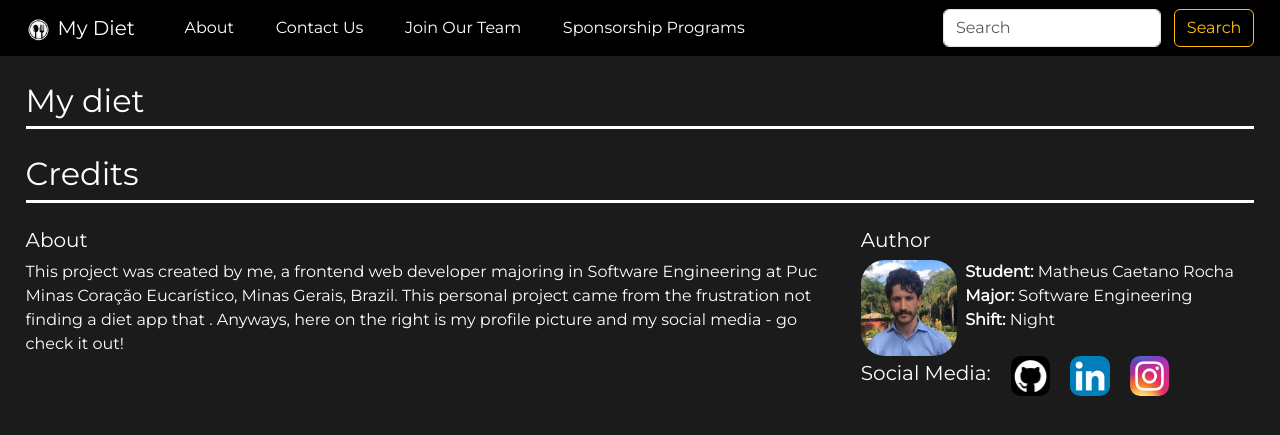
Repository: matheusrocha-mus/diet-app
Page: index.html
The author's editor kept a copy of each file at every save. The page is drawn from the files as they stood at one save, then again after the next save.
The browser window is 1280 px wide. The pictures show the whole page.

Above is the page before, as saved 2023-10-15 22:09:31.

### index.html
<!DOCTYPE html>
<html lang="pt-br">

    <head>
        <meta charset="UTF-8">
        <meta name="viewport" content="width=device-width, initial-scale=1.0">
        <meta name="description" content="Personal Diet">
        <meta name="author" content="Matheus Caetano Rocha">
        <link rel="stylesheet" href="https://fonts.googleapis.com/css?family=Montserrat">
        <link rel="icon" type="image/x-icon" href="assets/img/food-icon.png">
        <link href="https://cdn.jsdelivr.net/npm/bootstrap@5.3.2/dist/css/bootstrap.min.css" rel="stylesheet" integrity="sha384-T3c6CoIi6uLrA9TneNEoa7RxnatzjcDSCmG1MXxSR1GAsXEV/Dwwykc2MPK8M2HN" crossorigin="anonymous">
        <script src="https://cdn.jsdelivr.net/npm/bootstrap@5.3.2/dist/js/bootstrap.bundle.min.js" integrity="sha384-C6RzsynM9kWDrMNeT87bh95OGNyZPhcTNXj1NW7RuBCsyN/o0jlpcV8Qyq46cDfL" crossorigin="anonymous"></script>
        <link rel="stylesheet" type="text/css" href="style.css">
        <title>My Diet</title>
    </head>

    <body>
        <nav class="navbar navbar-expand-lg">
            <div class="container-fluid">
                <a class="navbar-brand" style="color: white;" href="/index.html">
                    <img src="img/food-icon.png" alt="g-clef">My Diet
                </a>
                <button class="navbar-toggler" type="button" data-bs-toggle="collapse" data-bs-target="#navbarTogglerDemo02" aria-controls="navbarTogglerDemo02" aria-expanded="false" aria-label="Toggle navigation">
                    <span class="navbar-toggler-icon"></span>
                </button>
                <div class="collapse navbar-collapse" id="navbarTogglerDemo02">
                    <ul class="navbar-nav me-auto">
                        <li class="nav-item">
                            <a class="nav-link active" style="color: white;" aria-current="page" href="./assets/img/shrek.png" target="_blank">About</a>
                        </li>
                        <li class="nav-item">
                            <a class="nav-link active" style="color: white;" aria-current="page" href="./assets/img/shrek.png" target="_blank">Contact Us</a>
                        </li>
                        <li class="nav-item">
                            <a class="nav-link active" style="color: white;" aria-current="page" href="./assets/img/shrek.png" target="_blank">Join Our Team</a>
                        </li>
                        <li class="nav-item">
                            <a class="nav-link active" style="color: white;" aria-current="page" href="./assets/img/shrek.png" target="_blank">Sponsorship Programs</a>
                        </li>
                    </ul>
                    <form class="d-flex">
                        <input class="form-control" type="search" placeholder="Search" aria-label="Search">
                        <button class="btn btn-outline-warning" type="submit" style="margin: 0 2vw 0 1vw;">Search</button>
                    </form>
                </div>
            </div>
        </nav>

        <h2>My diet</h2>


        <h2>Credits</h2>
        <footer class="wrapper" style="padding-bottom: 2vw;">
            <div class="container-fluid">
                <div class="row">
                    <div id="about" class="col-sm-12 col-md-6 col-lg-8">
                        <h5>About</h5>
                        <p>This project was created by me, a frontend web developer majoring in Software Engineering at Puc Minas Coração Eucarístico, Minas Gerais, Brazil. This personal project came from the frustration not finding a diet app that . Anyways, here on the right is my profile picture and my social media - go check it out!</p>
                    </div>
                    <div class="col-sm-12 col-md-6 col-lg-4">
                        <h5>Author</h5>
                        <div class="container-fluid">
                            <div class="row">
                                <div class="col-3">
                                    <img src="img/author.jpg" id="author" alt="author">
                                </div>
                                <div class="col-9">
                                    <p>
                                        <strong>Student:</strong> Matheus Caetano Rocha<br>
                                        <strong>Major:</strong> Software Engineering<br>
                                        <strong>Shift:</strong> Night
                                    </p>
                                </div>
                            </div>
                        </div>
                        <h5 style="display: inline-block;">Social Media:</h5>
                        <a href="https://github.com/matheusrocha-mus" target="_blank"><img src="img/github-icon.png" class="social-media-icons" alt="github-icon"></a>
                        <a href="https://www.linkedin.com/in/matheus-caetanorocha" target="_blank"><img src="img/linkedin-icon.png" class="social-media-icons" alt="linkedin-icon"></a>
                        <a href="https://www.instagram.com/matheusrocha_mus" target="_blank"><img src="img/instagram-icon.png" class="social-media-icons" alt="instagram-icon"></a>
                    </div>
                </div>
            </div>
        </footer>
    </body>

### style.css
body {
    margin: 0;
    width: 100%;
    background-color: #1b1b1b;
    color: white;
    background-size: cover;
    background-repeat: no-repeat;
    background-position: center;
    font-family: "Montserrat", Arial;
}

button, li, a, .card, footer a > img { transition: 0.3s; }

button:hover, li:hover, a:hover, .card:hover, footer a > img:hover {
    transform: scale(1.1); color: #ffc107;
}




nav {
    background-color: black;
    color: white;
}

nav img {
    width: 2vw; margin-right: 0.5vw;
}

.navbar-brand, .nav-item { margin-left: 2vw }

h2 {
    margin: 2vw;
    padding-bottom: 0.5vw;
    border-bottom: solid white 0.25vw;
}

.container-fluid, #location { padding: 0; }

.wrapper, .google-maps { margin: 0 2vw; }

#author {
    width: 6rem;
    height: 6rem;
    border-radius: 25%;
    overflow: hidden;
    object-fit: cover;
}

.social-media-icons {
    width: 10%;
    max-width: 3rem;
    margin-left: 1rem;
    border-radius: 25%;
}

After the next save:
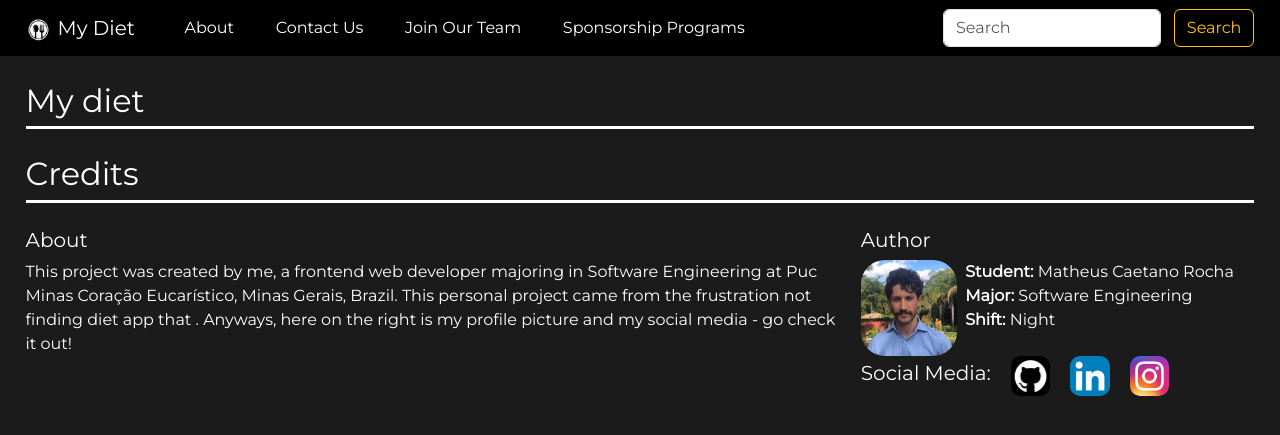
Saved 13 s later.
--- a/index.html
+++ b/index.html
@@ -55,7 +55,7 @@
                 <div class="row">
                     <div id="about" class="col-sm-12 col-md-6 col-lg-8">
                         <h5>About</h5>
-                        <p>This project was created by me, a frontend web developer majoring in Software Engineering at Puc Minas Coração Eucarístico, Minas Gerais, Brazil. This personal project came from the frustration not finding a diet app that . Anyways, here on the right is my profile picture and my social media - go check it out!</p>
+                        <p>This project was created by me, a frontend web developer majoring in Software Engineering at Puc Minas Coração Eucarístico, Minas Gerais, Brazil. This personal project came from the frustration not finding  diet app that . Anyways, here on the right is my profile picture and my social media - go check it out!</p>
                     </div>
                     <div class="col-sm-12 col-md-6 col-lg-4">
                         <h5>Author</h5>
